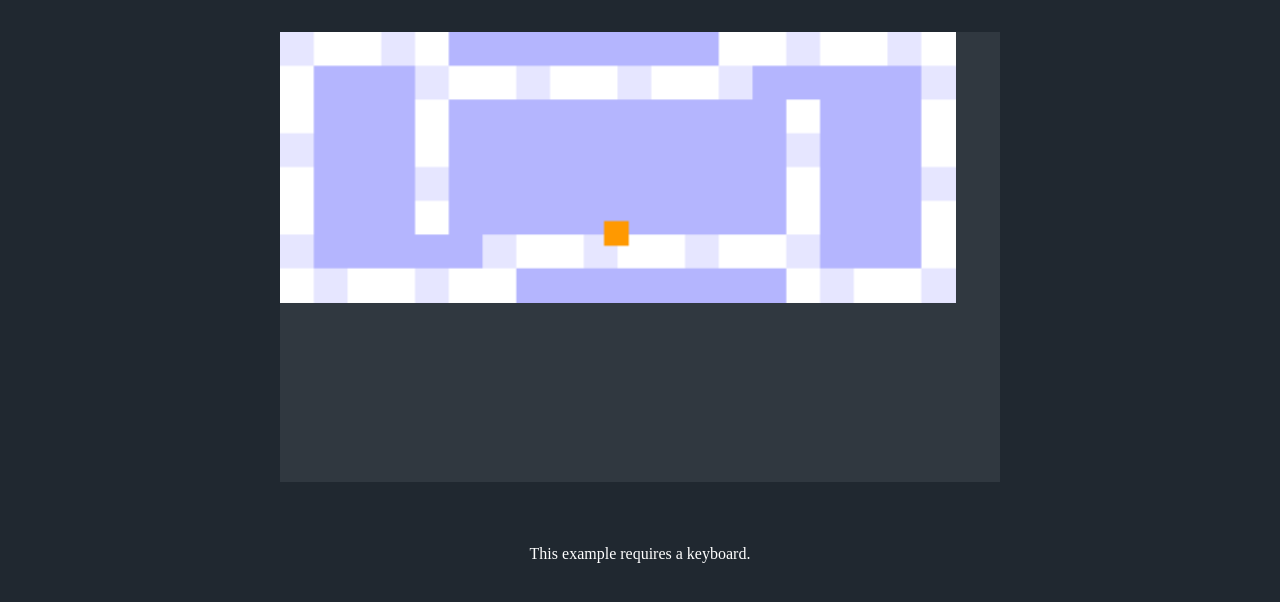
Repository: jh0l/WorldsHardestGame
Page: index.html
These files come from the project's save history. The page is drawn as it stood at one moment and after the next save; the edit follows.
The browser window is 1280 px wide. The pictures show the whole page.

Above is the page before, as saved 2018-07-19 00:29:23.

### index.html
<html>

<head>

	<meta name="viewport" content="width=device-width">
	<link href="src/index.css" rel="stylesheet" type="text/css">

	<title>PoP Vlog - Top Down Tiles</title>

</head>

<body>

	<canvas></canvas>

	<p>This example requires a keyboard.</p>

	<script src="src/index.js" type="text/javascript"></script>

</body>

</html>

### src/index.css
* {
  box-sizing: border-box;
  margin: 0;
  padding: 0;
}

html {
  height: 100%;
  width: 100%;
}

body {
  align-content: space-around;
  background-color: #202830;
  color: #ffffff;
  display: grid;
  grid-template-columns: auto;
  grid-template-rows: auto auto auto auto;
  height: 100%;
  justify-content: space-around;
  text-align: center;
  width: 100%;
}

canvas {
  background-color: #303840;
  justify-self: center;
}

### src/index.js
(function() {
  "use strict";

  var controller, display, game;

  controller = {
    down: false,
    left: false,
    right: false,
    up: false,

    keyUpDown: function(event) {
      var key_state = event.type == "keydown" ? true : false;

      switch (event.keyCode) {
        case 65:
          controller.left = key_state;
          break; // left key
        case 87:
          controller.up = key_state;
          break; // up key
        case 68:
          controller.right = key_state;
          break; // right key
        case 83:
          controller.down = key_state;
          break; // down key
      }
    }
  };
  const tileValColor = (val, index) => {
    if (val !== '0') {
      return index % 3 === 0 ? "#e6e6ff" : "#fff";
    }
    return "#b4b5fe";
  };
  display = {
    buffer: document.createElement("canvas").getContext("2d"),
    context: document.querySelector("canvas").getContext("2d"),
    output: document.querySelector("p"),

    render: function() {
      for (let index = game.world.map.length - 1; index > -1; --index) {
        this.buffer.fillStyle = tileValColor(game.world.map[index], index);
        this.buffer.fillRect(
          (index % game.world.columns) * game.world.tile_size,
          Math.floor(index / game.world.columns) * game.world.tile_size,
          game.world.tile_size,
          game.world.tile_size
        );
      }

      this.buffer.fillStyle = game.player.color;
      this.buffer.fillRect(
        game.player.x,
        game.player.y,
        game.player.width,
        game.player.height
      );

      this.context.drawImage(
        this.buffer.canvas,
        0,
        0,
        this.buffer.canvas.width,
        this.buffer.canvas.height,
        0,
        0,
        this.context.canvas.width,
        this.context.canvas.height
      );
    },

    resize: function(event) {
      var client_height = document.documentElement.clientHeight;

      display.context.canvas.width = document.documentElement.clientWidth - 32;

      if (display.context.canvas.width > client_height) {
        display.context.canvas.width = client_height;
      }

      display.context.canvas.height = Math.floor(
        display.context.canvas.width * 0.625
      );

      display.render();
    }
  };
  const playerSize = 11;
  game = {
    /* This is the player object. Make sure to note that for this collision method
    to work, you must record the current and last positions of your game objects
    to use in collision detection. It is used to calculate the vector used to determine
    if an object is entering into a collision tile and from what side. */
    player: {
      color: "#ff9900",
      height: playerSize,
      old_x: 160, // these are what you should take note of. Don't worry, it's useful
      old_y: 160, // to keep track of old positions for many physics methods. These aren't one trick pony's.
      speed: 3,
      velocity_x: 0,
      velocity_y: 0,
      width: playerSize,
      x: 160 - 16,
      y: 100 - 16,

      // These functions just make it easy to read the collision code
      get bottom() {
        return this.y + this.height;
      },
      get oldBottom() {
        return this.old_y + this.height;
      },
      get left() {
        return this.x;
      }, // kind of pointless, but used
      get oldLeft() {
        return this.old_x;
      }, // to help visualize the collision methods
      get right() {
        return this.x + this.width;
      },
      get oldRight() {
        return this.old_x + this.width;
      },
      get top() {
        return this.y;
      }, // equally pointless as left side calculations
      get oldTop() {
        return this.old_y;
      }
    },

    world: {
      map: []
      // the routing functions below with matching numbers

      // represent these tiles and route their values to
      // the collision methods you might expect based on their names
    },

    /* This object is responsible for getting the collision methods that match
    tile values in the map. It uses what I call routing functions to group reusable
    narrow phase collision methods together to create a variety of different tile
    boundary shapes. You can get the same effect with an array of routing functions rather
    than giving an object's routing functions numeric indexes, if you prefer. It might be faster. */
    collision: {
      // top wall collision tile
      1: function(object, row, column) {
        // The player hits the bottom of ceiling tiles.
        this.bottomCollision(object, row);
      },

      // left wall collision tile
      2: function(object, row, column) {
        this.rightCollision(object, column);
      },

      // right wall collision tile
      3: function(object, row, column) {
        // The player collides with the left side of a wall on the right of the map.
        this.leftCollision(object, column); // Confusing to visualize, but true.
      },

      // bottom wall collision tile
      4: function(object, row, column) {
        this.topCollision(object, row);
      },

      // block tile with four walls
      5: function(object, row, column) {
        /* It makes sense to test the most likely side to be collided with first.
        In a top down game, all sides are hit about the same number of times, depending
        on gameplay, but in a side scroller with downward pulling gravity, the tops of
        tiles will usually get the most traffic, so it makes sense to test the tops
        first in those scenarios. */
        if (this.topCollision(object, row)) {
          return;
        } // Make sure to early out
        if (this.leftCollision(object, column)) {
          return;
        } // if a collision is detected.
        if (this.rightCollision(object, column)) {
          return;
        }
        this.bottomCollision(object, row); // No need to early out on the last check.
      },
      // left and right only
      6: function(object, row, column) {
        if (this.leftCollision(object, column)) {
          return;
        }
        this.rightCollision(object, column);
      },
      // left, right and bottom only
      7: function(object, row, column) {
        if (this.leftCollision(object, column)) {
          return;
        }
        if (this.rightCollision(object, column)) {
          return;
        }
        this.bottomCollision(object, row); // No need to early out on the last check.
      },
      //left right and top only
      8: function(object, row, column) {
        if (this.leftCollision(object, column)) {
          return;
        }
        if (this.rightCollision(object, column)) {
          return;
        }
        this.topCollision(object, row); // No need to early out on the last check.
      },
      //left and top
      9: function(object, row, column) {
        if (this.leftCollision(object, column)) {
          return;
        }
        this.topCollision(object, row); // No need to early out on the last check.
      },
      //bottom and right
      a: function(object, row, column) {
        if (this.rightCollision(object, column)) {
          return;
        }
        this.bottomCollision(object, row); // No need to early out on the last check.
      },

      /* Here are the narrow phase collision detection and response functions.
      For a deeper insight into how these work, and what's going on, I'm using
      leftCollision as an example. The principles I explain here apply to all
      of the other narrow phase collision methods. Note that they're basically
      doing the same thing, just for different flat sides of a tile. */
      leftCollision(object, column) {
        /* To calculate the player's movement vector, I'm no longer using its velocity (like in the last tutorial).
        Instead, I'm going to calculate it based on it's current and last positions.
        the old way was if (object.velocity_x > 0), now it's if (object.x - object.old_x > 0).
        This is a bit more reliable in my opinion, depending on how and when you calculate your velocity. */

        /* If the object is not moving right, how will it ENTER into the left side of a tile?
        If not moving right, the player can't possibly ENTER the left side of a tile.
        We are only concerned with resolving collisions objects ENTER into. If they are spawned
        inside a collision tile, it is not the collision manager's job to resolve that, it is
        the level designer's job to fix the level design so collision can be as efficient as possible. */
        if (object.x - object.old_x > 0) {
          // the left side of the specified tile column
          var left = column * game.world.tile_size;

          /* This tests to see if our object is ENTERING through the collision boundary
          along the correct movement vector. If its current position is past the boundary
          and its old position is before the boundary, we know that it has entered into collision with the tile. */
          if (object.right > left && object.oldRight <= left) {
            object.velocity_x = 0;
            object.x = object.old_x = left - object.width - 0.001;
            /* You really don't need to reset the player's old position here if you are
            setting it at the start of each game loop, but if you are using a fixed time step
            game loop with interpolation, it will make your collisions look more pixel perfect.
            The reason for this is because with interpolation, your player may be drawn slightly
            away from the wall he just collided with on the next frame of animation depending on
            how much time has passed. So, you don't need to do this, but it doesn't hurt. It may
            be a problem if you end up changing old positions for player to player collisions as well,
            however, because old positions are used to calculate vectors for tile collision.
            Just make sure changing old positions are the last thing you do before the next frame,
            and you should be fine. */

            return true;
          }
        }

        return false;
      },

      rightCollision(object, column) {
        if (object.x - object.old_x < 0) {
          // the right side of the specified tile column
          var right = (column + 1) * game.world.tile_size;

          if (object.left < right && object.oldLeft >= right) {
            object.velocity_x = 0;
            object.old_x = object.x = right;

            return true;
          }
        }

        return false;
      },

      bottomCollision(object, row) {
        // if the object is moving up
        if (object.y - object.old_y < 0) {
          var bottom = (row + 1) * game.world.tile_size;

          if (object.top < bottom && object.oldTop >= bottom) {
            object.velocity_y = 0;
            object.old_y = object.y = bottom;
          }
        }
      },

      topCollision(object, row) {
        // if the object is moving down
        if (object.y - object.old_y > 0) {
          // the top side of the specified tile row
          var top = row * game.world.tile_size;

          // if the object has passed through the tile boundary since the last game cycle
          if (object.bottom > top && object.oldBottom <= top) {
            object.velocity_y = 0;
            object.old_y = object.y = top - object.height - 0.01;

            return true;
          }
        }

        return false;
      }
    },

    // The game loop:
    loop: function() {
      // Get controller input and move that player object!
      if (controller.down) {
        game.player.velocity_y += game.player.speed;
      }

      if (controller.up) {
        game.player.velocity_y -= game.player.speed;
      }

      if (controller.left) {
        game.player.velocity_x -= game.player.speed;
      }

      if (controller.right) {
        game.player.velocity_x += game.player.speed;
      }

      // Update the player object:
      game.player.old_x = game.player.x; // Set the old position to the current position
      game.player.old_y = game.player.y; // before we update the current position, thus making it current

      game.player.x += game.player.velocity_x; // Update the current position
      game.player.y += game.player.velocity_y;

      // Do collision detection and response with the boundaries of the screen.
      // if (game.player.x < 0) {
      //   game.player.velocity_x = 0;
      //   game.player.old_x = game.player.x = 0;
      // } else if (
      //   game.player.x + game.player.width >
      //   display.buffer.canvas.width
      // ) {
      //   game.player.velocity_x = 0;
      //   game.player.old_x = game.player.x =
      //     display.buffer.canvas.width - game.player.width - 0.001;
      //   /* I added that - 0.001 to the equation to really push the player object back into
      //   the game world. If the edge of the world is 320 px, and you set the right edge of
      //   the player obect to 320, technically its tile position will be 1 tile to the right of
      //   the edge of the world when calculated. Say there are 10 columns in the map, and each
      //   tile is 32 pixels wide. 320/32 is 10, but since our map index starts at 0, a value of 10
      //   falls outside of the map's number of columns. Failing to handle this can result in
      //   testing collision on tiles in another row, or tiles at undefined positions in the map array.*/
      // }

      if (game.player.y < 0) {
        game.player.velocity_y = 0;
        game.player.old_y = game.player.y = 0;
      } else if (
        game.player.y + game.player.height >
        display.buffer.canvas.height
      ) {
        game.player.velocity_y = 0;
        game.player.old_y = game.player.y =
          display.buffer.canvas.height - game.player.height - 0.001;
      }

      /* Here is where we do broadphase collision detection with the four corners of
      our player object. This is very important. In the last tutorial the player only
      had 1 collision registration point. Collision was simple, then. Now, it's just as
      simple, but we need to do it for each corner of our player object. */

      /* Once again, there's no point of testing collision if we're not moving. depending
      on which direction we are moving we must test different collision registration points
      on our player. For instance, if he is moving left, we test the points on his left side: */
      if (game.player.x - game.player.old_x < 0) {
        // test collision on left side of player if moving left

        /* There are much more efficient ways to write this code without repeating
        variable names and this big monsterous block of if statements, but I thought it
        would be good to have specific variable names and less abstraction so you can
        get an idea of what's going on. */
        var left_column = Math.floor(game.player.left / game.world.tile_size);
        var bottom_row = Math.floor(game.player.bottom / game.world.tile_size);
        var value_at_index =
          game.world.map[bottom_row * game.world.columns + left_column];

        if (value_at_index != 0) {
          // Check the bottom left point

          game.collision[value_at_index](game.player, bottom_row, left_column);
          display.output.innerHTML =
            "last tile collided with: " + value_at_index;
        }

        var top_row = Math.floor(game.player.top / game.world.tile_size);
        value_at_index =
          game.world.map[top_row * game.world.columns + left_column];

        if (value_at_index != 0) {
          // Check the top left point

          game.collision[value_at_index](game.player, top_row, left_column);
          display.output.innerHTML =
            "last tile collided with: " + value_at_index;
        }
      } else if (game.player.x - game.player.old_x > 0) {
        // Is the player moving right?

        var right_column = Math.floor(game.player.right / game.world.tile_size);
        var bottom_row = Math.floor(game.player.bottom / game.world.tile_size);
        var value_at_index =
          game.world.map[bottom_row * game.world.columns + right_column];

        if (value_at_index != 0) {
          // Check the bottom right point

          game.collision[value_at_index](game.player, bottom_row, right_column);
          display.output.innerHTML =
            "last tile collided with: " + value_at_index;
        }

        var top_row = Math.floor(game.player.top / game.world.tile_size);
        value_at_index =
          game.world.map[top_row * game.world.columns + right_column];

        if (value_at_index != 0) {
          // Check the top right point

          game.collision[value_at_index](game.player, top_row, right_column);
          display.output.innerHTML =
            "last tile collided with: " + value_at_index;
        }
      }

      if (game.player.y - game.player.old_y < 0) {
        var left_column = Math.floor(game.player.left / game.world.tile_size);
        var top_row = Math.floor(game.player.top / game.world.tile_size);
        var value_at_index =
          game.world.map[top_row * game.world.columns + left_column];

        if (value_at_index != 0) {
          // Check the top left point

          game.collision[value_at_index](game.player, top_row, left_column);
          display.output.innerHTML =
            "last tile collided with: " + value_at_index;
        }

        var right_column = Math.floor(game.player.right / game.world.tile_size);
        value_at_index =
          game.world.map[top_row * game.world.columns + right_column];

        if (value_at_index != 0) {
          // Check the top right point

          game.collision[value_at_index](game.player, top_row, right_column);
          display.output.innerHTML =
            "last tile collided with: " + value_at_index;
        }
      } else if (game.player.y - game.player.old_y > 0) {
        var left_column = Math.floor(game.player.left / game.world.tile_size);
        var bottom_row = Math.floor(game.player.bottom / game.world.tile_size);
        var value_at_index =
          game.world.map[bottom_row * game.world.columns + left_column];

        if (value_at_index != 0) {
          // Check the bottom left point

          game.collision[value_at_index](game.player, bottom_row, left_column);
          display.output.innerHTML =
            "last tile collided with: " + value_at_index;
        }

        var right_column = Math.floor(game.player.right / game.world.tile_size);
        value_at_index =
          game.world.map[bottom_row * game.world.columns + right_column];

        if (value_at_index != 0) {
          // Check the bottom right point

          game.collision[value_at_index](game.player, bottom_row, right_column);
          display.output.innerHTML =
            "last tile collided with: " + value_at_index;
        }
      }

      game.player.velocity_x = 0;
      game.player.velocity_y = 0;

      display.render();

      window.requestAnimationFrame(game.loop);
    }
  };

  display.buffer.canvas.height = 200;
  display.buffer.canvas.width = 320;

  window.addEventListener("resize", display.resize);
  window.addEventListener("keydown", controller.keyUpDown);
  window.addEventListener("keyup", controller.keyUpDown);

  display.resize();
  // 1s are ceiling tiles
  // 2s and 3s are right and left wall tiles
  // 5 is a solid block/box tile
  // 4 is a floor tile
  const mapStr = `
11111000000001111111
2000311111111a000003
20006000000000080003
20006000000000060003
20006000000000060003
20007000000000060003
20000094444444420003
14444410000000014441
`;
  const map = mapStr
    .slice(1, -1)
    .replace(/\n/g, "")
    .split("");
  game.world = Object.assign(game.world, {
    columns: mapStr.split("\n")[1].length,
    rows: 5,
    tile_size: 15,
    map
  });
  game.loop();
})();

After the next save:
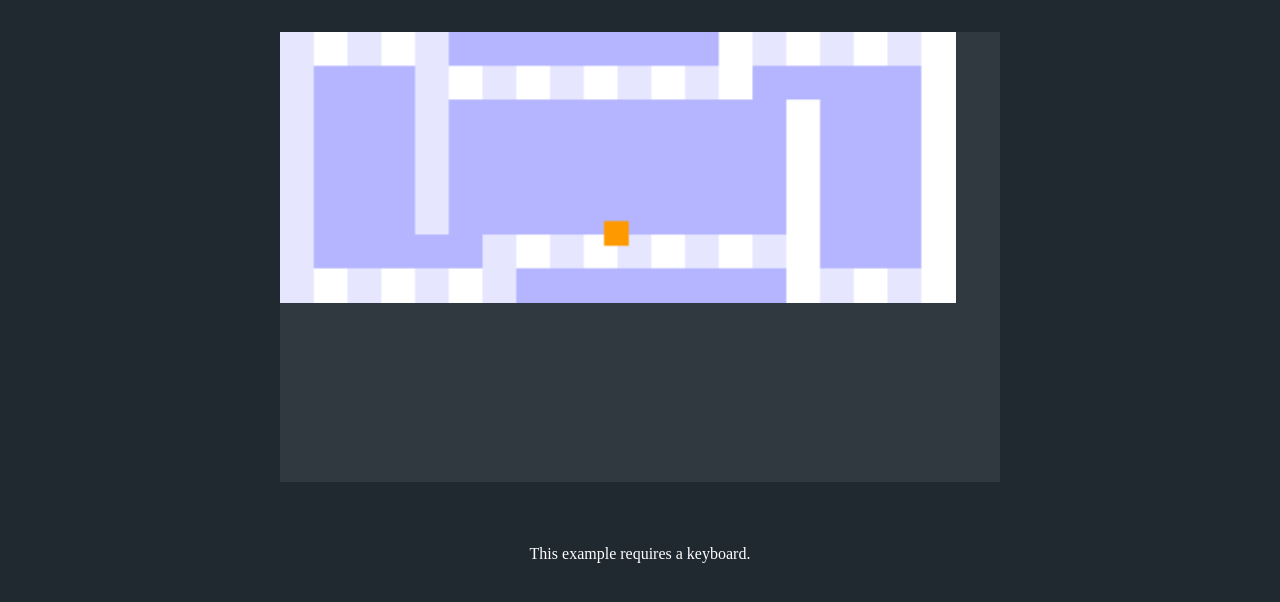
Saved 13 s later.
--- a/src/index.js
+++ b/src/index.js
@@ -30,7 +30,7 @@
   };
   const tileValColor = (val, index) => {
     if (val !== '0') {
-      return index % 3 === 0 ? "#e6e6ff" : "#fff";
+      return index % 2 === 0 ? "#e6e6ff" : "#fff";
     }
     return "#b4b5fe";
   };
